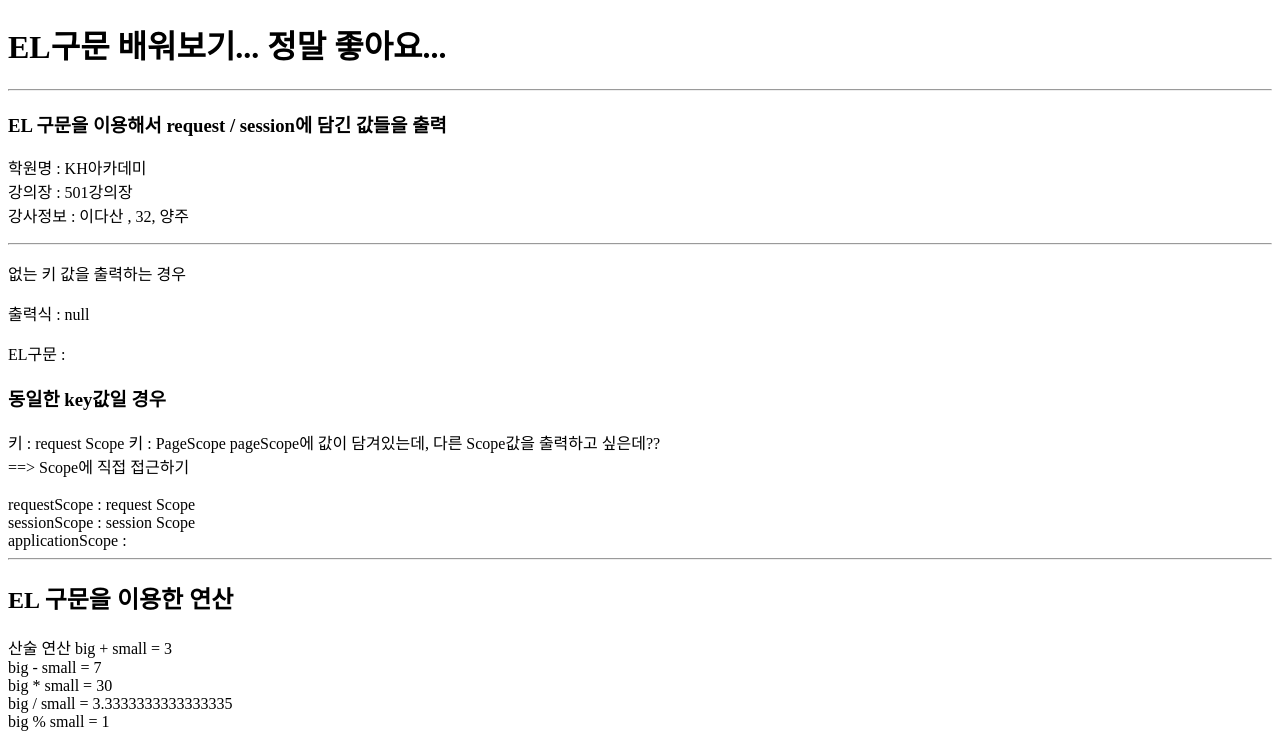
Repository: ham-zi/front-practice
Page: http://localhost/ActionProject/el.do
The author's editor kept a copy of each file at every save. The page is drawn from the files as they stood at one save, then again after the next save.
The browser window is 1280 px wide. The pictures show the whole page.
The page is served by Tomcat 9.

Above is the page before, as saved 2026-05-06 06:25:56.

After the next save:
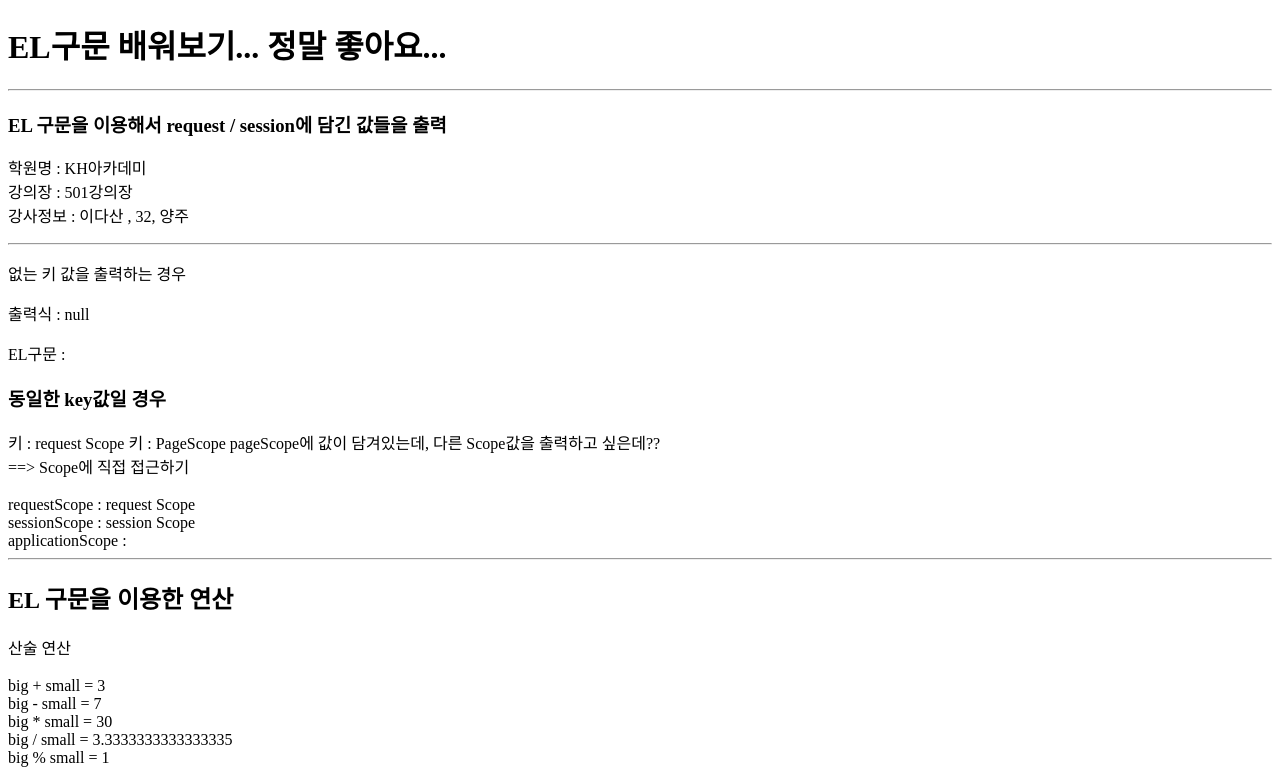
Saved 39 s later.
--- a/dynamic-workspace/ActionProject/src/main/webapp/WEB-INF/views/01_el.jsp
+++ b/dynamic-workspace/ActionProject/src/main/webapp/WEB-INF/views/01_el.jsp
@@ -114,9 +114,9 @@
 
 	 <p></p>
 
-	 	산술 연산
+	 	산술 연산 <br><br>
 
-	 	big + small = ${ bit + small } <br>
+	 	big + small = ${ bit + small }<br>
 	 	big - small = ${ big - small }<br>
 	 	big * small = ${ big * small }<br>
 	 	big / small = ${ big / small }<br>
